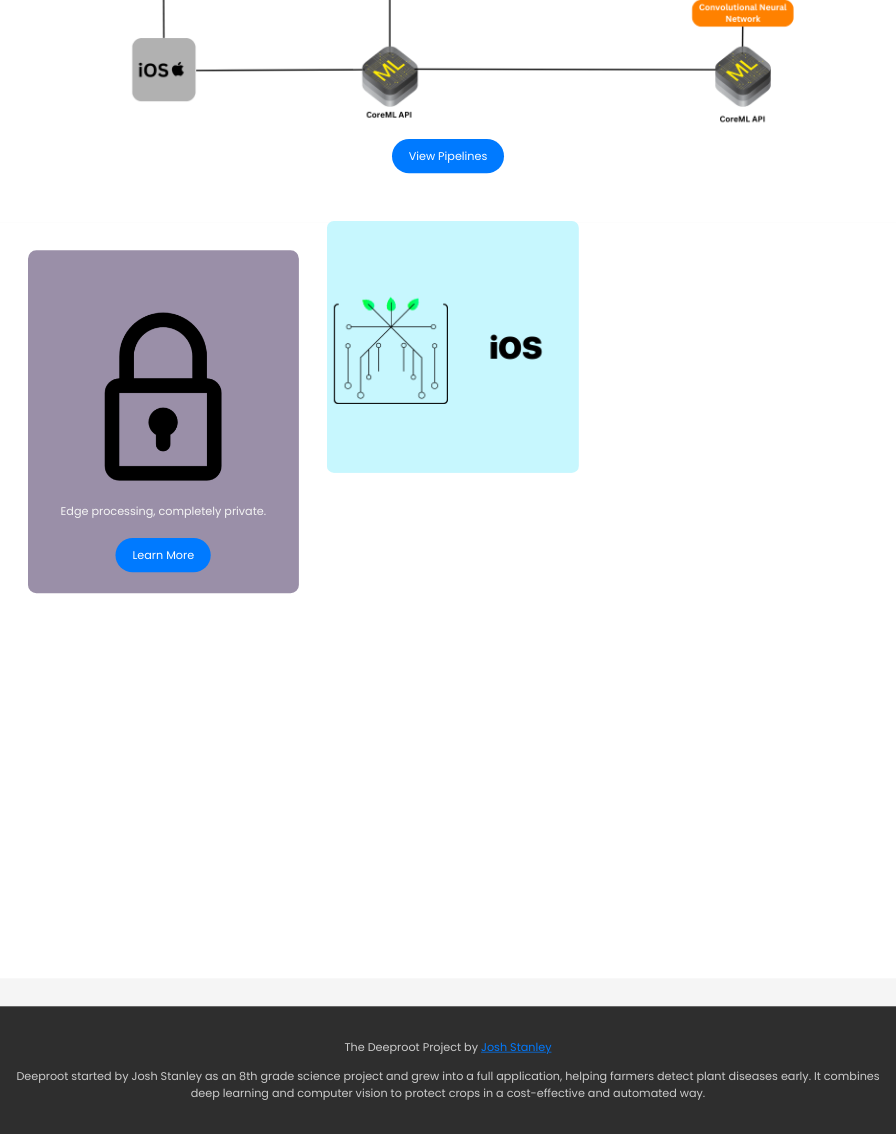
Repository: jss1118/The-Deeproot-Project
Page: Website/index.html
The author's editor kept a copy of each file at every save. The page is drawn from the files as they stood at one save, then again after the next save.
The browser window is 1280 px wide. The pictures show the part of the page from y = 1592 to 3512 px (the page is 3212 px tall before and 3512 px after), at 70% of full size.

Above is the page before, as saved 2025-03-21 13:30:54.

### Website/index.html
<!DOCTYPE html>
<html lang="en">

<head>
  <meta charset="UTF-8">
  <meta name="viewport" content="width=device-width, initial-scale=1.0">
  <title>Deeproot A.I</title>
  <link href="https://fonts.googleapis.com/css2?family=Poppins:wght@400;600&display=swap" rel="stylesheet">
  <style>
    body {
      margin: 0;
      font-family: 'Poppins', sans-serif;
      overflow-x: hidden;
      background-color: #f5f5f5;
    }

    nav {
      background: rgba(22, 22, 22, 0.9);
      position: sticky;
      top: 0;
      width: 100%;
      z-index: 1000;
      display: flex;
      justify-content: center;
    }

    .navlinks {
      list-style: none;
      display: flex;
      gap: 30px;
      padding: 15px;
      margin: 0;
    }

    .navlink, .navicon svg {
      color: #d3d3d3;
      text-decoration: none;
      transition: color 0.3s;
    }

    .navlink:hover, .mainpagelink a:hover {
      color: white;
    }

    .mainpage2, .mainpage3, .mainpage4 {
      padding: 60px 20px;
      text-align: center;
    }

    .mainpage2 {
      background: linear-gradient(135deg, #2e2e2e, #4f4f4f);
      color: white;
    }

    .mainpage2 img, .mainpage3 img, .promo1 img {
      max-width: 100%;
      height: auto;

    }

    .mp2-title1 {
      font-size: 56px;
      font-weight: 600;
      margin-bottom: 15px;
    }

    .mp2-desc, .mp3desc {
      font-size: 22px;
      margin-bottom: 25px;
    }

    .mainpagelink a {
      display: inline-block;
      margin: 10px;
      padding: 12px 24px;
      background: #007aff;
      color: white;
      border-radius: 25px;
      text-decoration: none;
      transition: background 0.3s;
    }

    .mainpage3 {
      background: white;
    }

    .mainpage3 img {
      margin-top: 20px;
      border-radius: 12px;
    }

    .mainpage4 {
      display: grid;
      grid-template-columns: repeat(auto-fit, minmax(300px, 1fr));
      gap: 20px;
      background-color: white;
      padding: 40px;
    }

    .promo1, .promo2, .promo3, .promo4, .promo5, .promo6 {
      background-size: cover;
      background-position: center;
      height: 450px;
      display: flex;
      flex-direction: column;
      justify-content: flex-end;
      padding: 20px;
      color: white;
      border-radius: 12px;
      position: relative;
    }

    .promo1 img, .promo2 img, .promo3 img, .promo4 img, .promo5 img, .promo6 img {
      margin-bottom: 10px;
    }

    .promo1 {
      background-color: #9a8fa8;
      color: #f5f5f5;
    }

    .promo1 img {
      width: 240px;
      height: auto;
      margin: 0 auto 15px auto;
      display: block;
      background: none;
    }

    .promo2 img {
      width: 360px;
      height: 400px;
      margin: 0 auto 15px auto;
      display: block;
      border-radius: 10px;
      background-color: rgb(199, 247, 254);
      position: relative;
      bottom: 30px;
    }

    footer {
      background-color: #2e2e2e;
      color: #ccc;
      text-align: center;
      padding: 30px 20px;
      margin-top: 40px;
    }

    footer a {
      color: #007aff;
      text-decoration: underline;
    }

    @media (max-width: 768px) {
      .mp2-title1 { font-size: 40px; }
      .mp2-desc, .mp3desc { font-size: 18px; }
      .mainpagelink a { padding: 10px 20px; }
    }
  </style>
</head>

<body>
  <nav>
    <ul class="navlinks">
      <li><a class="navlink" href="/">iOS</a></li>
      <li><a class="navlink" href="/applestore">Raspberry Pi 5</a></li>
      <li><a class="navlink" href="/">Native</a></li>
      <li><a class="navlink" href="/">State-of-the-art Models</a></li>
      <li><a class="navlink" href="/">Developers</a></li>
    </ul>
  </nav>

  <section class="mainpage2">
    <h1 class="mp2-title1">Deeproot</h1>
    <p class="mp2-desc">Portable. Fast. Secure.</p>
    <p class="mp2-desc">The all-in-one automated solution for early plant disease detection.</p>
    <div class="mainpagelink"><a href="#">Learn More</a></div>
    <img src="wide logo.png" alt="Deeproot Logo">
  </section>

  <section class="mainpage3">
    <p class="mp3desc">Three pipelines, optimized for your use case.</p>
    <img src="newgraph.png" alt="Machine Learning Pipelines">
    <div class="mainpagelink"><a href="#">View Pipelines</a></div>
  </section>

  <section class="mainpage4">
    <div class="promo1">
      <img src="lock.fill.png" alt="Promo icon">
      <p>Edge processing, completely private.</p>
      <div class="mainpagelink"><a href="#">Learn More</a></div>
    </div>
    <div class="promo2">
      <img src="deeprootios.png" alt="ios icon">
      <p class="deeprootfont">Acess plant disease detection from the palm of your hand. No additional hardware required.</p>
    </div>


    <div class="promo3"></div>
    <div class="promo4"></div>
    <div class="promo5"></div>
    <div class="promo6"></div>
  </section>

  <footer>
    <p>The Deeproot Project by <a href="https://github.com/iamreiyn">Josh Stanley</a></p>
    <p>Deeproot started by Josh Stanley as an 8th grade science project and grew into a full application, helping farmers detect plant diseases early. It combines deep learning and computer vision to protect crops in a cost-effective and automated way.</p>
  </footer>
</body>
</html>

After the next save:
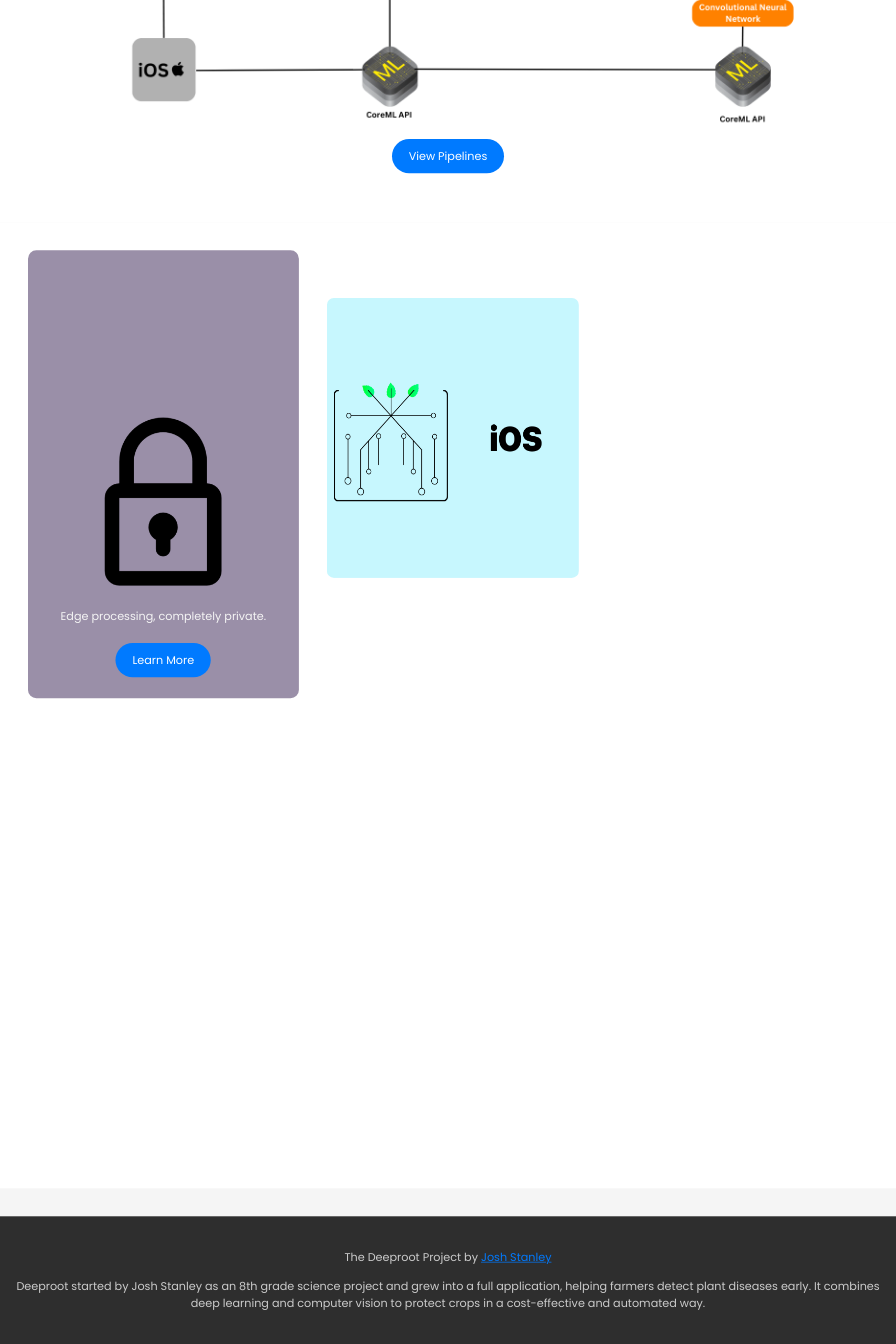
Saved 10 s later.
--- a/Website/index.html
+++ b/Website/index.html
@@ -100,7 +100,7 @@
     .promo1, .promo2, .promo3, .promo4, .promo5, .promo6 {
       background-size: cover;
       background-position: center;
-      height: 450px;
+      height: 600px;
       display: flex;
       flex-direction: column;
       justify-content: flex-end;

After the save that followed:
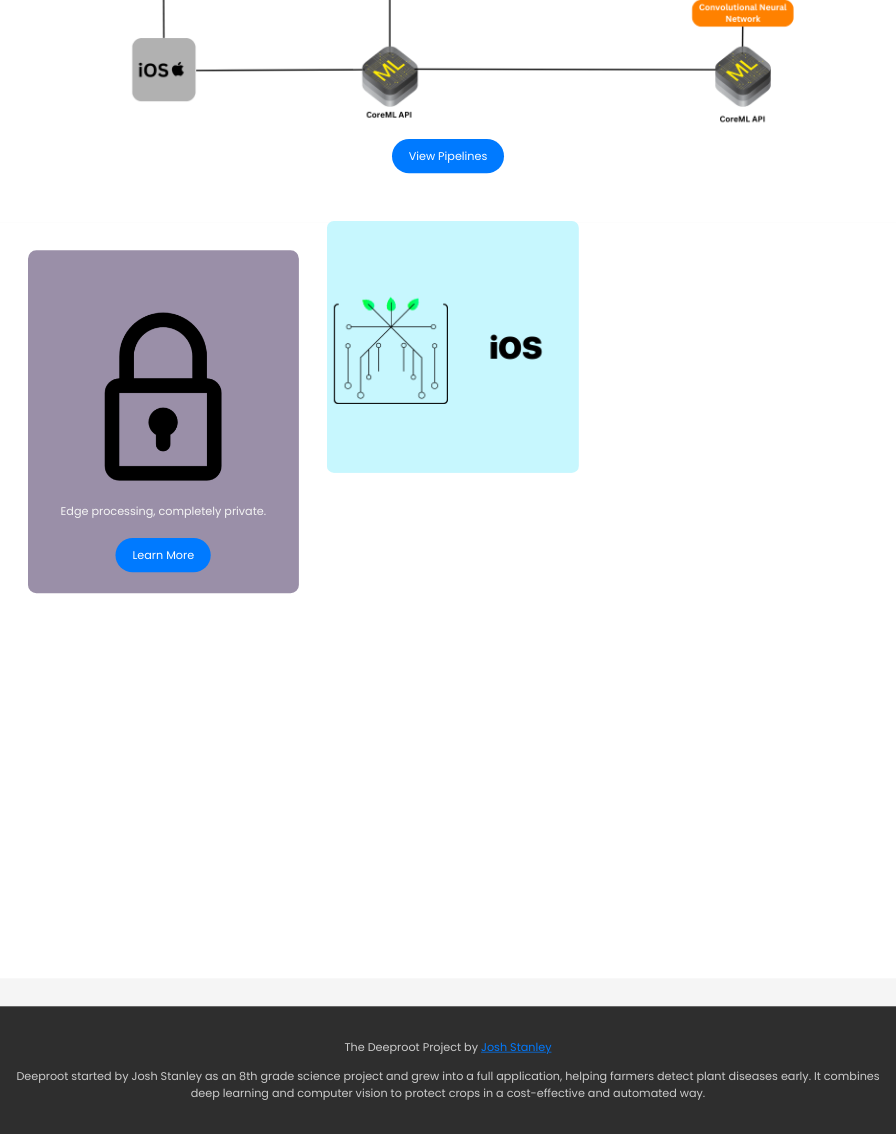
Saved 4 s later.
--- a/Website/index.html
+++ b/Website/index.html
@@ -100,7 +100,7 @@
     .promo1, .promo2, .promo3, .promo4, .promo5, .promo6 {
       background-size: cover;
       background-position: center;
-      height: 600px;
+      height: 450px;
       display: flex;
       flex-direction: column;
       justify-content: flex-end;
